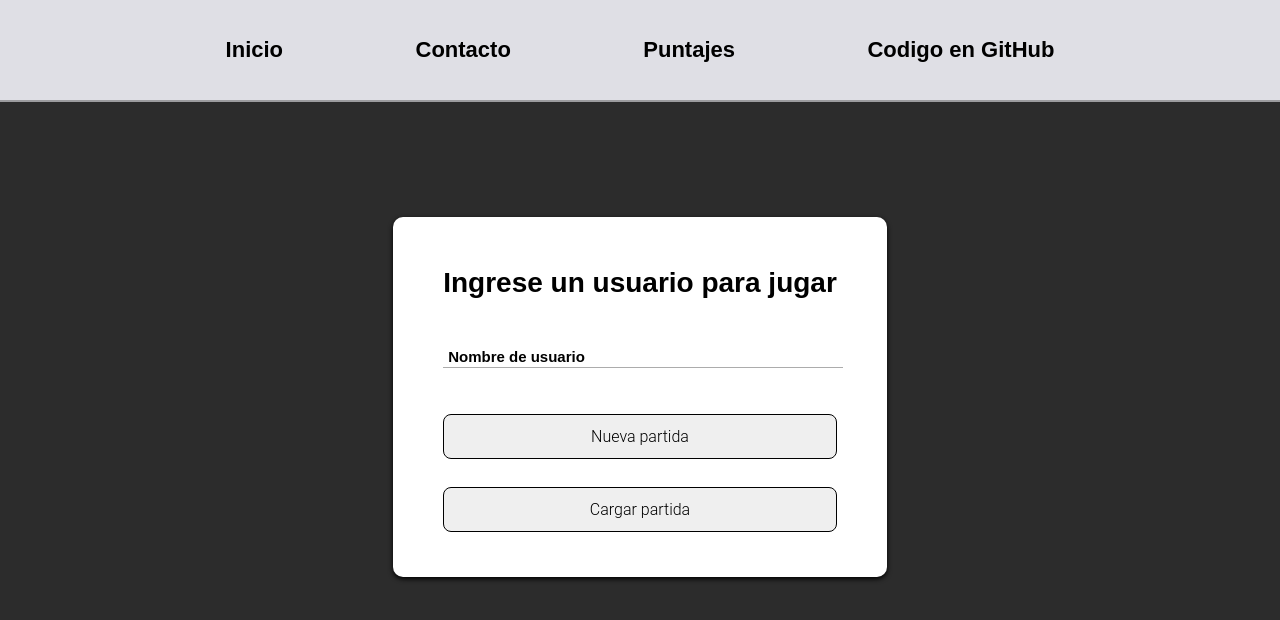
Repository: FacundoKinderknecht/FacundoKinderknecht_Wordle_Game_LPPA
Page: index.html
An editor plug-in stored every save of this project. The page is shown before and after the next save, followed by the edit.
The browser window is 1280 px wide. The pictures show the whole page.

Above is the page before, as saved 2023-08-08 05:19:43.

After the next save:
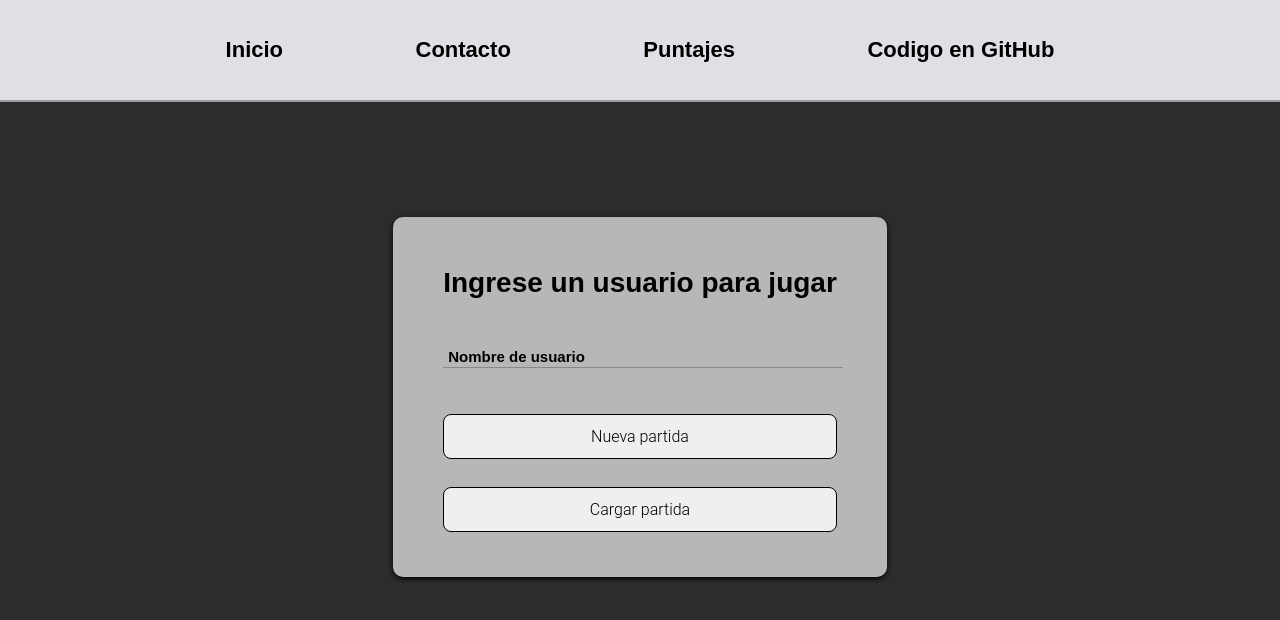
Saved 22 s later.
--- a/css/index.css
+++ b/css/index.css
@@ -1,5 +1,5 @@
 form{
-    background-color: white;
+    background-color: rgba(255, 255, 255, 0.659);
     margin: 100px auto;
     width: 90%;
     max-width: 400px;
